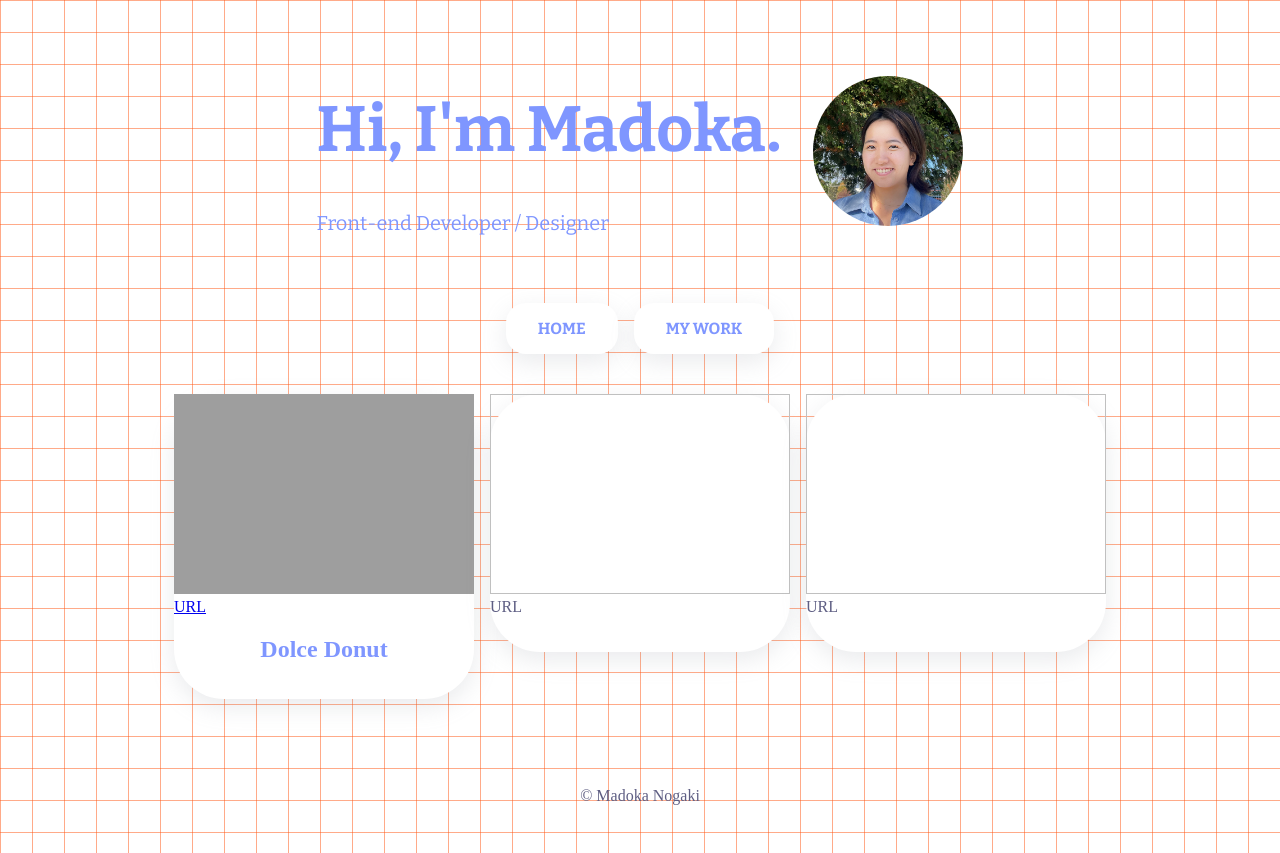
Repository: ohmaruko/portfolio
Page: /works
These files come from the project's save history. The page is drawn as it stood at one moment and after the next save; the edit follows.
The browser window is 1280 px wide. The pictures show the whole page.
Pictures or frames that could not be fetched are drawn as grey boxes. The project was rebuilt for these pictures with package versions that can differ from the ones it lists, and the page was loaded fresh each time. The framework's server and built-in components were replaced by stand-ins that run in the browser. Also part of the build but not shown: next.config.mjs.

Above is the page before, as saved 2024-02-17 22:44:41.

After the next save:
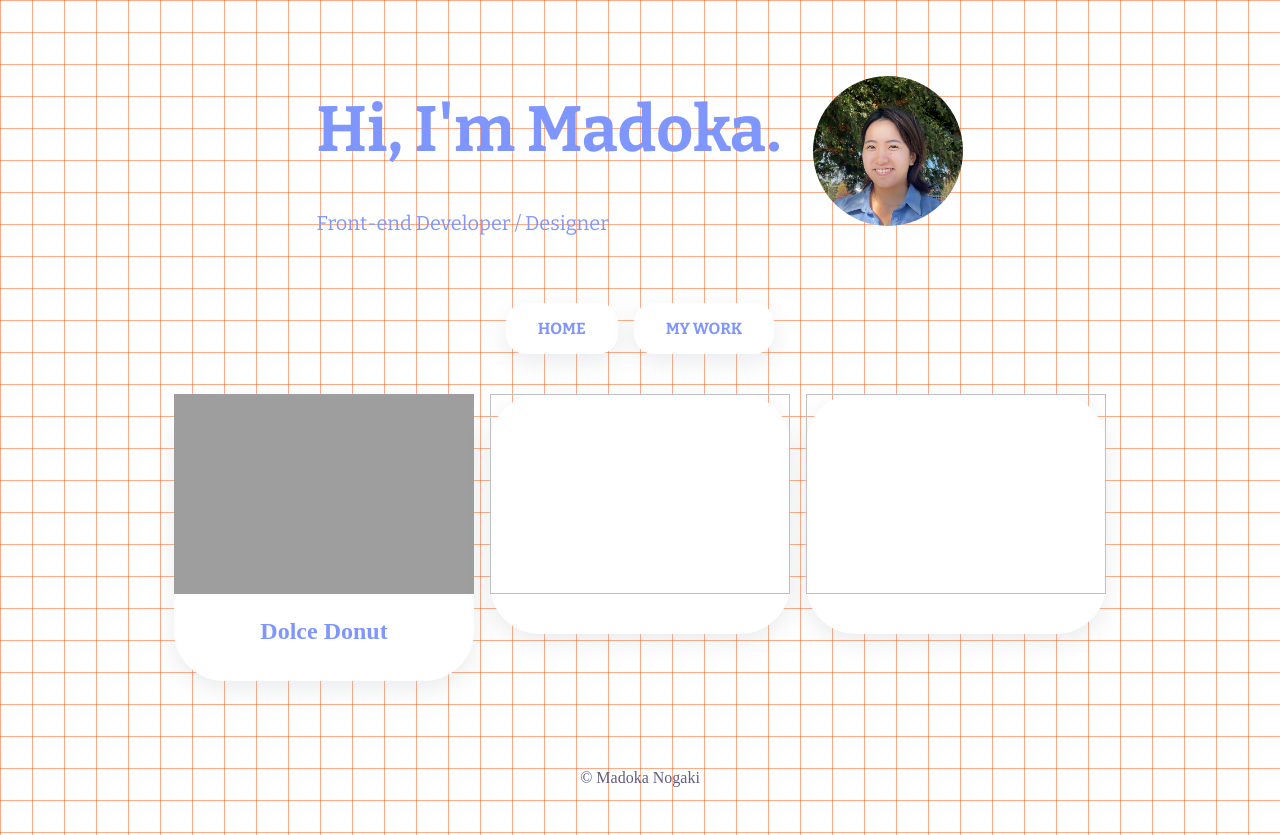
Saved 25 s later.
--- a/components/Box2/index.js
+++ b/components/Box2/index.js
@@ -12,9 +12,6 @@ export default function Box2({
             <a href={url}>
                 <Image src={image} width={300} height={200}/>
             </a>
-            <a href={url}>
-                URL
-            </a>
             <h2 style={{color: "var(--blue)", textAlign: "center"}}>{title}</h2>
         </div>
     )
